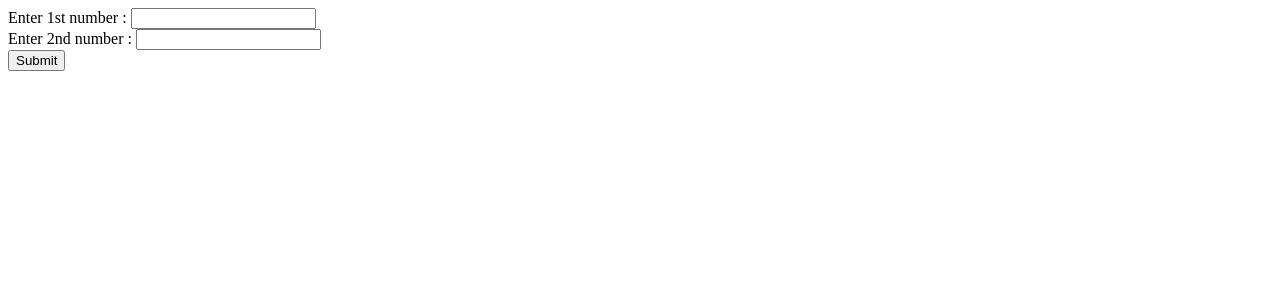
Repository: Sneha-0308/Java-servlet-jsp
Page: JavaServlet/src/main/webapp/index.html
An editor plug-in stored every save of this project. The page is shown before and after the next save, followed by the edit.
The browser window is 1280 px wide. The pictures show the whole page.

Above is the page before, as saved 2023-07-11 13:32:34.

After the next save:
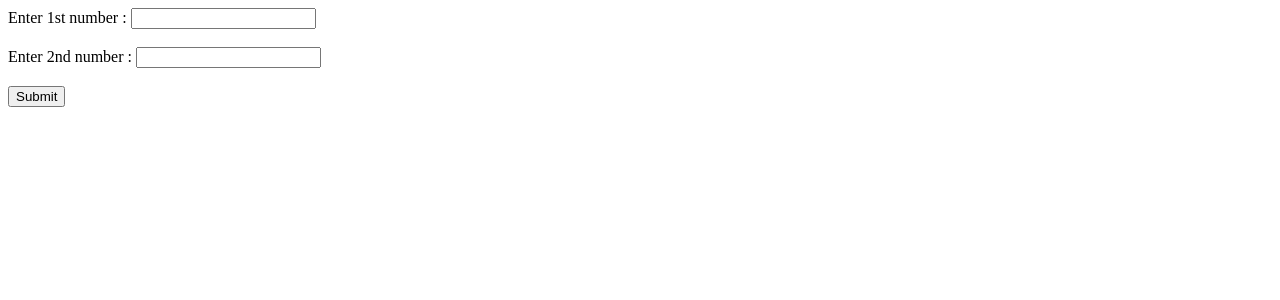
Saved 72 s later.
--- a/JavaServlet/src/main/webapp/index.html
+++ b/JavaServlet/src/main/webapp/index.html
@@ -6,8 +6,8 @@
 </head>
 <body>
 	<form action="add" method="post">
-		Enter 1st number : <input type="text" name="num1"><br>
-		Enter 2nd number : <input type="text" name="num2"><br>
+		Enter 1st number : <input type="text" name="num1"><br><br>
+		Enter 2nd number : <input type="text" name="num2"><br><br>
 		<input type="submit">
 	</form>
 </body>
